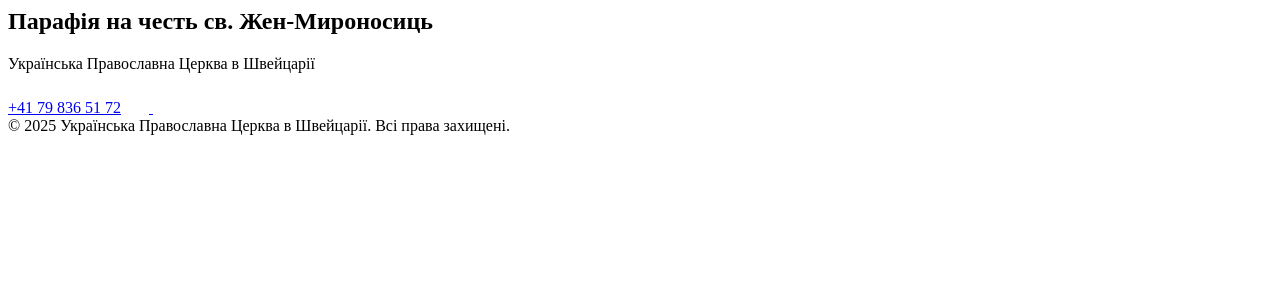
Repository: Gray-01/upcV5
Page: http://localhost/footer.php
An editor plug-in stored every save of this project. The page is shown before and after the next save, followed by the edit.
The browser window is 1280 px wide. The pictures show the whole page.
The page is run by PHP 8.4 with error messages shown; the project is at /var/www/html/.

Above is the page before, as saved 2025-09-30 21:06:39.

### footer.php
<footer class="footer">
    <div class="footer__container">
      <div class="footer__left">
        <h2 class="footer__title">Парафія на честь св. Жен-Мироносиць</h2>
        <p class="footer__subtitle">Українська Православна Церква в Швейцарії</p>
      </div>
      <div class="footer__right">
        <a href="tel:+41798365172" class="footer__contact">+41 79 836 51 72</a>
        <a href="https://t.me/+p-DuuBndikExZmFi" class="footer__icon" target="_blank" aria-label="Telegram">
          <!-- Telegram SVG -->
          <svg width="24" height="24" viewBox="0 0 240 240" fill="white" xmlns="http://www.w3.org/2000/svg">
            <path
              d="M120 0C53.7 0 0 53.7 0 120s53.7 120 120 120 120-53.7 120-120S186.3 0 120 0zm57.1 83.6l-18.9 88.9c-1.4 6.2-5.1 7.8-10.3 4.9l-28.6-21.1-13.8 13.3c-1.5 1.5-2.8 2.8-5.7 2.8l2-28.1 51.2-46c2.2-2 0.4-3.2-3.4-1.2l-63.3 39.8-27.2-8.5c-5.9-1.8-6-5.9 1.2-8.7l106.4-41.1c4.9-1.9 9.2 1.2 7.8 8.4z" />
          </svg>
        </a>
        <a href="https://www.facebook.com/people/%D0%A3%D0%BA%D1%80%D0%B0%D1%97%D0%BD%D1%81%D1%8C%D0%BA%D0%B0-%D0%BF%D1%80%D0%B0%D0%B2%D0%BE%D1%81%D0%BB%D0%B0%D0%B2%D0%BD%D0%B0-%D0%B3%D1%80%D0%BE%D0%BC%D0%B0%D0%B4%D0%B0-%D0%B2-%D0%A8%D0%B2%D0%B5%D0%B9%D1%86%D0%B0%D1%80%D1%96%D1%97/100095338009089/"
          class="footer__icon" target="_blank" aria-label="Facebook">
          <!-- Facebook SVG -->
          <svg width="24" height="24" viewBox="0 0 24 24" fill="white" xmlns="http://www.w3.org/2000/svg">
            <path
              d="M22.675 0H1.325C0.593 0 0 0.593 0 1.325v21.351C0 23.406.593 24 1.325 24H12.82v-9.294H9.692v-3.622h3.128V8.413c0-3.1 1.893-4.788 4.658-4.788 1.325 0 2.463.099 2.795.143v3.24l-1.918.001c-1.504 0-1.795.716-1.795 1.764v2.313h3.587l-.467 3.622h-3.12V24h6.116c.73 0 1.324-.593 1.324-1.324V1.325C24 .593 23.406 0 22.675 0z" />
          </svg>
        </a>
      </div>
    </div>
    <div class="footer__bottom">
      © 2025 Українська Православна Церква в Швейцарії. Всі права захищені.
    </div>
  </footer>
    <?php ?>
  <script src="assets/js/main.js"></script>
</body>

</html>

### assets/js/main.js
document.addEventListener('DOMContentLoaded', () => {
  // ===== БУРГЕР МЕНЮ =====
  const burger = document.getElementById('burger');
  const mobileMenu = document.getElementById('mobileMenu');

  if (burger && mobileMenu) {
    burger.addEventListener('click', () => {
      mobileMenu.classList.toggle('active');
    });
  }

  // ===== SUBMENU В BURGER =====
  const submenuParents = document.querySelectorAll('.mobile-menu .has-submenu');
  submenuParents.forEach(item => {
    const link = item.querySelector('a');
    link.addEventListener('click', e => {
      e.preventDefault(); // чтобы ссылка не срабатывала
      item.classList.toggle('open'); // открытие/закрытие сабменю
    });
  });

  // ===== МОДАЛЬНОЕ ОКНО =====
  const openModalBtn = document.getElementById('openModal');
  const modal = document.getElementById('modalInfo');
  const closeModalBtn = document.getElementById('modalClose');

  if (openModalBtn && modal && closeModalBtn) {
    // открыть модалку
    openModalBtn.addEventListener('click', (e) => {
      e.preventDefault();
      modal.style.display = 'flex';
    });

    // закрыть по кнопке
    closeModalBtn.addEventListener('click', () => {
      modal.style.display = 'none';
    });

    // закрыть при клике вне контента
    modal.addEventListener('click', (e) => {
      if (e.target === modal) {
        modal.style.display = 'none';
      }
    });
  }
});

// 20250929 start galery
// ===== ГАЛЕРЕЯ =====
const openGallery = document.getElementById('openGallery');
const galleryModal = document.getElementById('galleryModal');
const galleryClose = document.getElementById('galleryClose');
const galleryImage = document.getElementById('galleryImage');
const galleryPrev = document.getElementById('galleryPrev');
const galleryNext = document.getElementById('galleryNext');

// массив с картинками (20 штук, .png)
const galleryImages = [];
for (let i = 1; i <= 20; i++) {
  galleryImages.push(`assets/images/gallery/${i}.png`);
}

let currentIndex = 0;

if (openGallery && galleryModal) {
  // открыть галерею
  openGallery.addEventListener('click', () => {
    galleryModal.style.display = 'flex';
    galleryImage.src = galleryImages[currentIndex];
  });

  // закрыть галерею
  galleryClose.addEventListener('click', () => {
    galleryModal.style.display = 'none';
  });

  // листать назад
  galleryPrev.addEventListener('click', () => {
    currentIndex = (currentIndex - 1 + galleryImages.length) % galleryImages.length;
    galleryImage.src = galleryImages[currentIndex];
  });

  // листать вперед
  galleryNext.addEventListener('click', () => {
    currentIndex = (currentIndex + 1) % galleryImages.length;
    galleryImage.src = galleryImages[currentIndex];
  });

  // закрыть кликом вне картинки
  galleryModal.addEventListener('click', (e) => {
    if (e.target === galleryModal) {
      galleryModal.style.display = 'none';
    }
  });
}

// 20250929 start анимация секций
document.addEventListener("DOMContentLoaded", () => {
  const sections = document.querySelectorAll("section");

  const observer = new IntersectionObserver(
    (entries) => {
      entries.forEach((entry) => {
        if (entry.isIntersecting) {
          entry.target.classList.add("active");
        }
      });
    },
    { threshold: 0.15 } // 15% секции видно → включаем анимацию
  );

  sections.forEach((sec) => {
    sec.classList.add("section-animate");
    observer.observe(sec);
  });
});

After the next save:
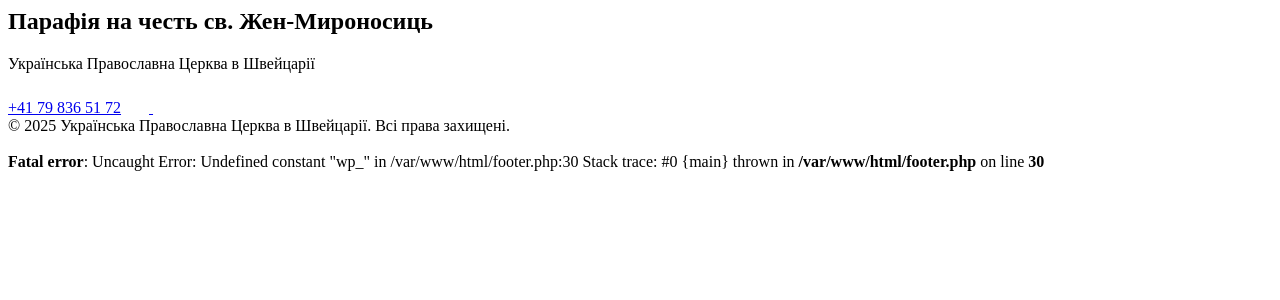
Saved 6 s later.
--- a/footer.php
+++ b/footer.php
@@ -27,7 +27,7 @@
       © 2025 Українська Православна Церква в Швейцарії. Всі права захищені.
     </div>
   </footer>
-    <?php ?>
+    <?php wp_?>
   <script src="assets/js/main.js"></script>
 </body>
 
